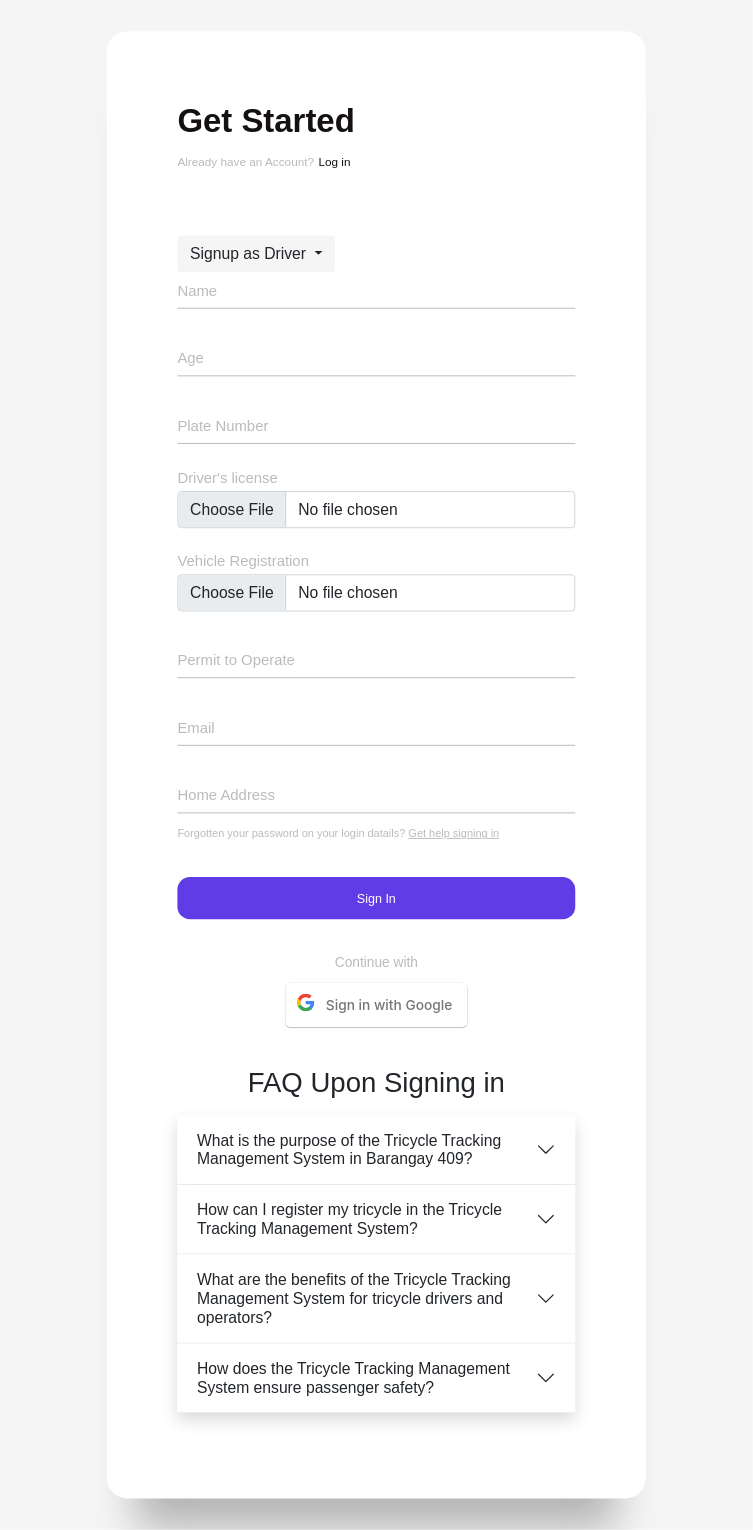
Repository: adrcstro/plate-to-place
Page: http://localhost/Loginsystem/Driverlogin.php
The author's editor kept a copy of each file at every save. The page is drawn from the files as they stood at one save, then again after the next save.
The browser window is 768 px wide. The pictures show the whole page, at 98% of full size.
Some web fonts or font styles are not loaded; a fallback is used. Some web libraries are served in a nearby version. The page is run by PHP 8.4 with error messages shown; the project is at /var/www/html/.

Above is the page before, as saved 2023-10-31 15:52:11.

### Loginsystem/Driverlogin.php
<!DOCTYPE html>
<html lang="en">
<head>
    <meta charset="UTF-8">
    <meta name="viewport" content="width=device-width, initial-scale=1.0">
    <link rel="shortcut icon" type="x-icon" href="../images/webicon.png">
    <link rel="stylesheet" href="../css/bootstrap.min.css">
    <link rel="stylesheet" href="https://cdnjs.cloudflare.com/ajax/libs/font-awesome/6.3.0/css/all.min.css" integrity="sha512-SzlrxWUlpfuzQ+pcUCosxcglQRNAq/DZjVsC0lE40xsADsfeQoEypE+enwcOiGjk/bSuGGKHEyjSoQ1zVisanQ==" crossorigin="anonymous" referrerpolicy="no-referrer"/>
    <link rel="stylesheet" href="driver.css">

    <title>Brangay409-3WHeel-Tracking-System</title>
</head>

<body>

<main>
      <div class="box">
        <div class="inner-box">
          <div class="forms-wrap">
            <form action="index.html" autocomplete="off" class="sign-in-form">

<script>
    function changeLoginType(type) {
        document.getElementById('loginDropdown').innerText = 'Login as ' + type;
    }
</script>
              <div class="heading">
                <h2>Get Started</h2>
                <h6>Already have an Account?</h6>
                <a href="login.php" class="loginaccount" data-target="img-2">Log in</a>
              </div>



              <div class="dropdown">
    <button class="btn dropdown-toggle" type="button" data-bs-toggle="dropdown" aria-expanded="false" id="loginDropdown">
        Signup as Driver
    </button>
    <ul class="dropdown-menu">
        <li><a class="dropdown-item" href="Passenger.php" onclick="changeLoginType('Passenger')">Passenger</a></li>
        <li><a class="dropdown-item" href="Driverlogin.php" onclick="changeLoginType('Driver')">Driver</a></li>

    </ul>
</div>
<div class="formsignin">



              <div class="actual-form">
                <div class="input-wrap">
                  <input
                    type="text"
                    minlength="4"
                    class="input-field"
                    autocomplete="off"
                    required
                  />
                  <label>Name</label>
                </div>

                <div class="input-wrap">
                  <input
                    type="password"
                    minlength="4"
                    class="input-field"
                    autocomplete="off"
                    required
                  />
                  <label>Age</label>
                </div>

                <div class="input-wrap">
                  <input
                    type="text"
                    minlength="4"
                    class="input-field"
                    autocomplete="off"
                    required
                  />
                  <label>Plate Number</label>
                </div>

                <div id="Filefield" class="input-wrap">
  <label for="formFile" class="custom-label">Driver's license</label>
  <input class="form-control" type="file" id="formFile" title="Please ensure the image is clear and legible" class="custom-title">
</div>
<div id="Filefield" class="input-wrap">
  <label for="formFile" class="custom-label">Vehicle Registration</label>
  <input class="form-control" type="file" id="formFile" title="Please ensure the image is clear and legible" class="custom-title">
</div>

                <div class="input-wrap">
                  <input
                    type="text"
                    minlength="4"
                    class="input-field"
                    autocomplete="off"
                    required
                  />
                  <label>Permit to Operate</label>
                </div>
                <div class="input-wrap">
                  <input
                    type="text"
                    minlength="4"
                    class="input-field"
                    autocomplete="off"
                    required
                  />
                  <label>Email</label>
                </div>
                <div class="input-wrap">
                  <input
                    type="text"
                    minlength="4"
                    class="input-field"
                    autocomplete="off"
                    required
                  />
                  <label>Home Address</label>
                </div>
                <p class="text">
                  Forgotten your password on your login datails?

                  <a href="Forgotpassword.php" data-target="img-2">Get help signing in</a>
                </p>
                <input type="submit" value="Sign In" class="sign-btn" />
                <h5 id="textcon">Continue with</h5>
                <button type="button" class="login-with-google-btn" >
                Sign in with Google
                 </button>
              </div>
              </div>

            </form>


          </div>
          <div class="carousel">
  <div class="images-wrapper">
    <img src="../images/Signup.svg" class="image img-2 show" alt="" />
  </div>

  <div class="col-md-12">
         <h2 class="mt-2 text-center" id="FAQ">FAQ Upon Signing in</h2>
         <div class="accordion accordion-flush p-2" id="accordionFlushExample">
          <div class="accordion-item bg-white shadow">
            <h2 class="accordion-header">
              <button class="accordion-button collapsed" type="button" data-bs-toggle="collapse" data-bs-target="#flush-collapseOne" aria-expanded="false" aria-controls="flush-collapseOne">
                What is the purpose of the Tricycle Tracking Management System in Barangay 409?
              </button>
            </h2>
            <div id="flush-collapseOne" class="accordion-collapse collapse" data-bs-parent="#accordionFlushExample">
              <div class="accordion-body">The Tricycle Tracking Management System aims to streamline tricycle operations and ensure passenger safety and efficient transportation services within the barangay.</div>
            </div>
          </div>
          <div class="accordion-item shadow">
            <h2 class="accordion-header">
              <button class="accordion-button collapsed" type="button" data-bs-toggle="collapse" data-bs-target="#flush-collapseTwo" aria-expanded="false" aria-controls="flush-collapseTwo">
                How can I register my tricycle in the Tricycle Tracking Management System?
              </button>
            </h2>
            <div id="flush-collapseTwo" class="accordion-collapse collapse" data-bs-parent="#accordionFlushExample">
              <div class="accordion-body">To register your tricycle, visit the barangay office and submit the required documents, including the tricycle's registration papers, driver's license, and other necessary permits.</div>
            </div>
          </div>
          <div class="accordion-item shadow">
            <h2 class="accordion-header">
              <button class="accordion-button collapsed" type="button" data-bs-toggle="collapse" data-bs-target="#flush-collapseThree" aria-expanded="false" aria-controls="flush-collapseThree">
                What are the benefits of the Tricycle Tracking Management System for tricycle drivers and operators?
              </button>
            </h2>
            <div id="flush-collapseThree" class="accordion-collapse collapse" data-bs-parent="#accordionFlushExample">
              <div class="accordion-body">The system provides improved transparency in fare collection, enhances security measures for both drivers and passengers, and facilitates better route planning, leading to increased efficiency and profitability for tricycle operators.
              </div>
            </div>
          </div>

          <div class="accordion-item shadow">
            <h2 class="accordion-header">
              <button class="accordion-button collapsed" type="button" data-bs-toggle="collapse" data-bs-target="#flush-collapseFour" aria-expanded="false" aria-controls="flush-collapseFour">
                How does the Tricycle Tracking Management System ensure passenger safety?
              </button>
            </h2>
            <div id="flush-collapseFour" class="accordion-collapse collapse" data-bs-parent="#accordionFlushExample">
              <div class="accordion-body">The system integrates safety measures such as  Report Management, Legal Action Provider, and driver identification features, which enable swift responses to any emergency situations during tricycle rides.</div>
            </div>
          </div>



        </div>
         </div>


</div>
        </div>
      </div>
    </main>



</body>
<script src="../js/bootstrap.bundle.js"></script>
    <script src="login.js"></script>

</html>

### Loginsystem/driver.css
@import url("https://fonts.googleapis.com/css2?family=Poppins:wght@200;300;400;500;600;700;800&display=swap");
@import url('https://fonts.googleapis.com/css2?family=Advent+Pro:wght@200&display=swap');
@import url('https://fonts.googleapis.com/css2?family=Advent+Pro:wght@200&family=Montserrat+Alternates&display=swap');
@import url('http://fonts.googleapis.com/css?family=Open+Sans:400,700');
*,
*::before,
*::after {
  padding: 0;
  margin: 0;
  box-sizing: border-box;
}
#textcon{
  padding: 4px;
  text-align: center;
  color: #bababa;
  font-size: 14px;
}
.login-with-google-btn {
  transition: background-color .3s, box-shadow .3s;
  padding: 12px 16px 12px 42px;
  border: none;
  border-radius: 5px;
  box-shadow: 0 -1px 0 rgba(0, 0, 0, .04), 0 1px 1px rgba(0, 0, 0, .25);
  display: block;
    margin: auto;
  color: #757575;
  font-size: 14px;
  font-weight: 500;
  font-family: -apple-system,BlinkMacSystemFont,"Segoe UI",Roboto,Oxygen,Ubuntu,Cantarell,"Fira Sans","Droid Sans","Helvetica Neue",sans-serif;

  background-image: url(data:[embedded picture, 822 characters]);
  background-color: white;
  background-repeat: no-repeat;
  background-position: 12px 11px;

  &:hover {
    background-color: #f3f3f3b6;
  }

  &:active {
    background-color: #eeeeee;
  }
}
  &:focus {
    outline: none;
    box-shadow:
      0 -1px 0 rgba(0, 0, 0, .04),
      0 2px 4px rgba(0, 0, 0, .25),
      0 0 0 3px #c8dafc;
  }

.logo {
  text-align: center;
}
.logo br {
  font-size: 1px; /* Adjust the font size as per your requirement */
}
body,
input {
  font-family: 'Montserrat Alternates', sans-serif;

}
#loginDropdown{
  background-color: whitesmoke;
}

main {
  width: 100%;
  min-height: 100vh;
  overflow: hidden;
  background-color: whitesmoke;
  padding: 2rem;
  display: flex;
  align-items: center;
  justify-content: center;
}

.box {
  position: relative;
  width: 100%;
  max-width: 1020px;
  height: 1100px;
  background-color: #fff;
  border-radius: 1.3rem;
  box-shadow: 0 60px 40px -30px rgba(0, 0, 0, 0.27);
}

.inner-box {
  position: absolute;
  width: calc(100% - 4.1rem);
  height: calc(100% - 4.1rem);
  top: 50%;
  left: 50%;
  transform: translate(-50%, -50%);
}

.forms-wrap {
  position: absolute;
  height: 100%;
  width: 45%;
  top: 0;
  left: 0;
  display: grid;
  grid-template-columns: 1fr;
  grid-template-rows: 1fr;
  transition: 0.8s ease-in-out;
}

form {
  max-width: 260px;
  width: 100%;
  margin: 0 auto;
  height: 100%;
  display: flex;
  flex-direction: column;
  justify-content: space-evenly;
  grid-column: 1 / 2;
  grid-row: 1 / 2;
  transition: opacity 0.02s 0.4s;
  border: #aaa;
}

form.sign-up-form {
  opacity: 0;
  pointer-events: none;

}

.logo {
  display: flex;
  align-items: center;
}


.logo h4 {
  font-size: 1.1rem;
  margin-top: -9px;
  letter-spacing: -0.5px;
  color: #151111;
}

.heading h2 {
  font-size: 2.1rem;
  font-weight: 600;
  color: #151111;
}

.heading h6 {
  color: #bababa;
  font-weight: 400;
  font-size: 0.75rem;
  display: inline;
}

.toggle {
  color: #151111;
  text-decoration: none;
  font-size: 0.75rem;
  font-weight: 500;
  transition: 0.3s;
}

.toggle:hover {
  color: #8371fd;
}

.input-wrap {
  position: relative;
  height: 37px;
  margin-bottom: 2rem;
}

.input-field {
  position: absolute;
  width: 100%;
  height: 100%;
  background: none;
  border: none;
  outline: none;
  border-bottom: 1px solid #bbb;
  padding: 0;
  font-size: 0.95rem;
  color: #151111;
  transition: 0.4s;
}

label {
  position: absolute;
  left: 0;
  top: 50%;
  transform: translateY(-50%);
  font-size: 0.95rem;
  color: #bbb;
  pointer-events: none;
  transition: 0.4s;
}

.input-field.active {
  border-bottom-color: #151111;
}

.input-field.active + label {
  font-size: 0.75rem;
  top: -2px;
}
.logtext{
  margin-top: -1rem;
}
.sign-btn {
  display: inline-block;
  width: 100%;
  height: 43px;
  background-color: #603ce6;
  color: #fff;
  border: none;
  cursor: pointer;
  border-radius: 0.8rem;
  font-size: 0.8rem;
  margin-bottom: 2rem;
  transition: 0.3s;
}
.show {
  display: block;
}

.FAQESTION{
  margin-top: -3rem;
}



.hide {
  display: none;
}

.sign-btn:hover {
  background-color: #6a5cc4;
}

.text {
  color: #bbb;
  font-size: 0.7rem;
  transform: translateY(-20px);
}

.text a {
  color: #bbb;
  transition: 0.3s;

}




.text a:hover {
  color: #8371fd;
}

main.sign-up-mode form.sign-in-form {
  opacity: 0;
  pointer-events: none;
}

main.sign-up-mode form.sign-up-form {
  opacity: 1;
  pointer-events: all;
}

main.sign-up-mode .forms-wrap {
  left: 55%;
}

main.sign-up-mode .carousel {
  left: 0%;
}

.carousel {
  position: absolute;
  height: 100%;
  width: 55%;
  left: 45%;
  top: 0;
  background-color: white;
  border-radius: 2rem;
  display: grid;
  grid-template-rows: auto 1fr;
  padding-bottom: 2rem;
  overflow: hidden;
  transition: 0.8s ease-in-out;
}

.images-wrapper {
  display: grid;
  grid-template-columns: 1fr;
  grid-template-rows: 1fr;
}
.hide {
  display: none;
}
.image {
  width: 100%;
 height: 90%;
  grid-column: 1/2;
  grid-row: 1/2;
  opacity: 0;
  transition: opacity 0.3s, transform 0.5s;
}

.img-1 {
  transform: translate(0, -50px);
}

.img-2 {
  transform: scale(0.4, 0.5);
}

.img-3 {
  transform: scale(0.3) rotate(-20deg);
}

.image.show {
  opacity: 1;
  transform: none;
}

.text-slider {
  display: flex;
  align-items: center;
  justify-content: center;
  flex-direction: column;
margin-top: -4rem;

}

.text-wrap {
  max-height: 3.1rem;
  overflow: hidden;
  margin-bottom: 2.3rem;
}

.text-group {
  display: flex;
  flex-direction: column;
  text-align: center;
  transform: translateY(0);
  transition: 0.5s;
}

.text-group h2 {
  line-height: 2.2rem;
  font-weight: 600;
  font-size: 1.6rem;
}

.bullets {
  display: flex;
  align-items: center;
  justify-content: center;
  margin-top: -2.4rem;
}

.bullets span {
  display: block;
  width: 0.5rem;
  height: 0.5rem;
  background-color: #aaa;
  margin: 0 0.25rem;
  border-radius: 50%;
  cursor: pointer;
  transition: 0.3s;
}
.dropdown{
  margin-top: -6rem;
}
.actual-form{
  margin-top: -6rem;
}
.bullets span.active {
  width: 1.1rem;
  background-color: #151111;
  border-radius: 1rem;
}
.actual-form{
  margin-top: 20px;
  }
  .col-md-12{
    margin-top: -4rem;
  }

  .sign-in-form{
    margin-top: -4rem;
  }
.formsignin{
  margin-top: -6rem;
}
#Filefield{
  margin-top: 3rem;
}
.custom-label{
  margin-top: -2rem;
}

.sign-in-form{
  margin-top: 1rem;
}
.dropdown{
  margin-top: -3rem;
}
.formsignin{
  margin-top: -4rem;
}
.loginaccount{
  color: #151111;
  text-decoration: none;
  font-size: 0.75rem;
  font-weight: 500;
  transition: 0.3s;
}
.loginaccount:hover{
  color: #8371fd;
}

@media (max-width: 850px) {
  .box {
    height: auto;
    max-width: 550px;
    overflow: hidden;
  }

  .inner-box {
    position: static;
    transform: none;
    width: revert;
    height: revert;
    padding: 2rem;
  }

  .forms-wrap {
    position: revert;
    width: 100%;
    height: auto;
  }

  form {
    max-width: revert;
    padding: 1.5rem 2.5rem 2rem;
    transition: transform 0.8s ease-in-out, opacity 0.45s linear;
  }

  .heading {
    margin: 2rem 0;
  }

  form.sign-up-form {
    transform: translateX(100%);
  }

  main.sign-up-mode form.sign-in-form {
    transform: translateX(-100%);
  }

  main.sign-up-mode form.sign-up-form {
    transform: translateX(0%);
  }

  .carousel {
    position: revert;
    height: auto;
    width: 100%;
    padding: 3rem 2rem;
    display: flex;
  }

  .images-wrapper {
    display: none;
  }

  .text-slider {
    width: 100%;
  }

  .text-slider{
    margin-top: 3rem;
}
.actual-form{
margin-top: 2rem;
}
.col-md-12{
  margin-top: -3rem;
}
.dropdown{
  margin-top: -1rem;
}
.sign-in-form{
  margin-top: -1rem;
}

.formsignin{
  margin-top: 1rem;
}
.dropdown{
  position: relative; /* or any other position value that suits your layout */
  top: 3rem;
}

}

@media (max-width: 528px) {
  main {
    padding: 1rem;
  }

  .box {
    border-radius: 2rem;
  }

  .inner-box {
    padding: 1rem;
  }

  .carousel {
    padding: 1.5rem 1rem;
    border-radius: 1.6rem;
  }

  .text-wrap {
    margin-bottom: 1rem;
  }

  .text-group h2 {
    font-size: 1.2rem;
  }

  form {
    padding: 1rem 2rem 1.5rem;
  }

  .bullets{
    margin-top: -1rem;
}
.col-md-12{
  margin-top: 1rem;
}


}








@media (max-width: 390px) {
    .text-slider{
        margin-top: 2rem;
    }

}

### Loginsystem/login.js
const inputs = document.querySelectorAll(".input-field");
const toggle_btn = document.querySelectorAll(".toggle");
const main = document.querySelector("main");
const bullets = document.querySelectorAll(".bullets span");
const images = document.querySelectorAll(".image");

inputs.forEach((inp) => {
  inp.addEventListener("focus", () => {
    inp.classList.add("active");
  });
  inp.addEventListener("blur", () => {
    if (inp.value != "") return;
    inp.classList.remove("active");
  });
});

toggle_btn.forEach((btn) => {
  btn.addEventListener("click", () => {
    main.classList.toggle("sign-up-mode");
  });
});

function moveSlider() {
  let index = this.dataset.value;

  let currentImage = document.querySelector(`.img-${index}`);
  images.forEach((img) => img.classList.remove("show"));
  currentImage.classList.add("show");

  const textSlider = document.querySelector(".text-group");
  textSlider.style.transform = `translateY(${-(index - 1) * 2.2}rem)`;

  bullets.forEach((bull) => bull.classList.remove("active"));
  this.classList.add("active");
}

bullets.forEach((bullet) => {
  bullet.addEventListener("click", moveSlider);
});

document.addEventListener('DOMContentLoaded', function () {
  const toggleLinks = document.querySelectorAll('.toggle');
  toggleLinks.forEach(function(toggleLink) {
    toggleLink.addEventListener('click', function (event) {
      event.preventDefault();
      const targetId = toggleLink.getAttribute('data-target');
      const textSlider = document.querySelector('.text-group');
      if (targetId === 'img-1') {
        const targetText = 'Get Started';
        textSlider.innerHTML = `<h2>${targetText}</h2>`;
      } else if (targetId === 'img-2') {
        const targetText = 'Join us';
        textSlider.innerHTML = `<h2>${targetText}</h2>`;
      }
    });
  });
});

Loaded but not shown: css/bootstrap.min.css (library); js/bootstrap.bundle.js (library); Images/Signup.svg (1 lines, source omitted)

After the next save:
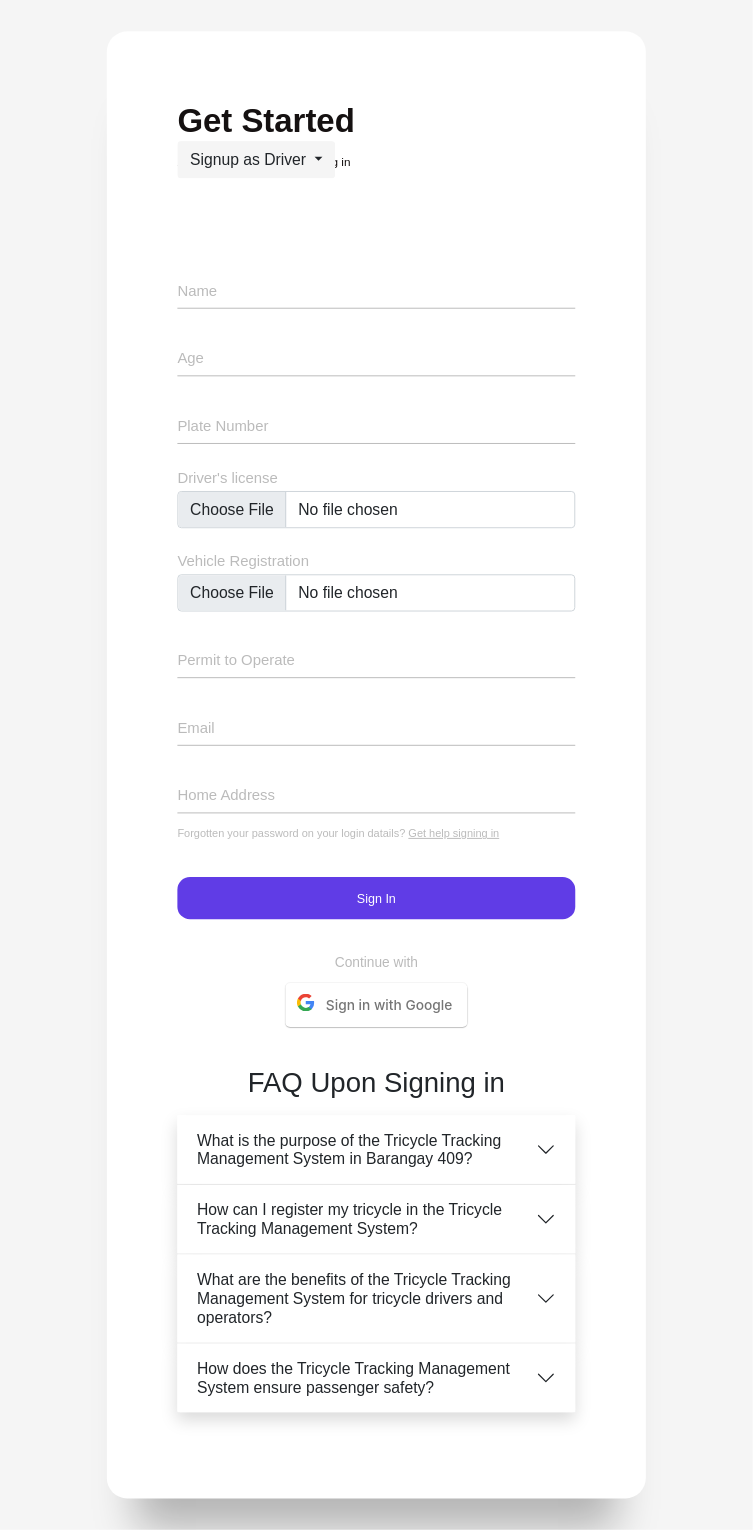
Saved 20 s later.
--- a/Loginsystem/driver.css
+++ b/Loginsystem/driver.css
@@ -500,7 +500,7 @@ margin-top: 2rem;
 }
 .dropdown{
   position: relative; /* or any other position value that suits your layout */
-  top: 3rem;
+  top: -3rem;
 }
 
 }
